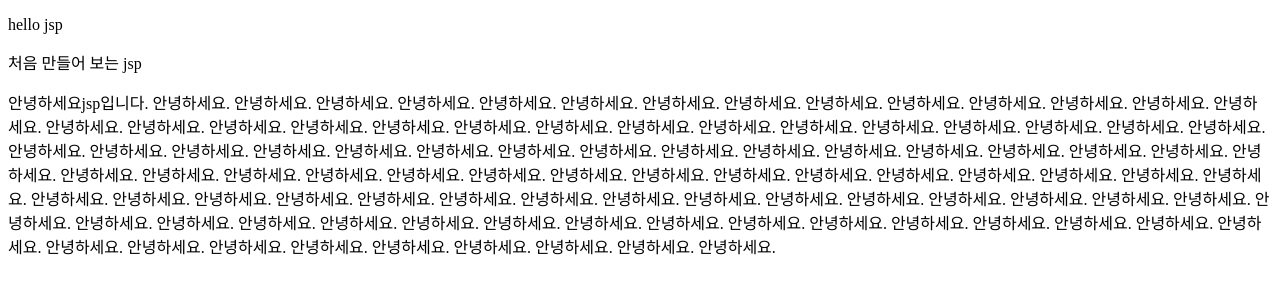
Repository: tisflyjjang051/jsp-lecture
Page: http://localhost/jsp01/hello.jsp
An editor plug-in stored every save of this project. The page is shown before and after the next save, followed by the edit.
The browser window is 1280 px wide. The pictures show the whole page.
The page is served by Tomcat 9.

Above is the page before, as saved 2023-03-02 05:49:35.

After the next save:
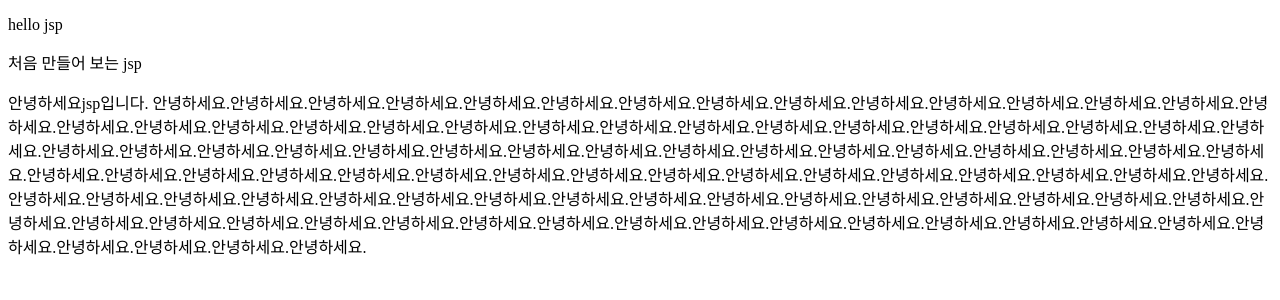
Saved 112 s later.
--- a/jsp01/src/main/webapp/hello.jsp
+++ b/jsp01/src/main/webapp/hello.jsp
@@ -20,7 +20,7 @@
 		%>
 		<%
 			for(int i=0;i<100;i++) {
-				out.println("안녕하세요.");
+				out.print("안녕하세요.");
 			}
 		%>
 	</p>
